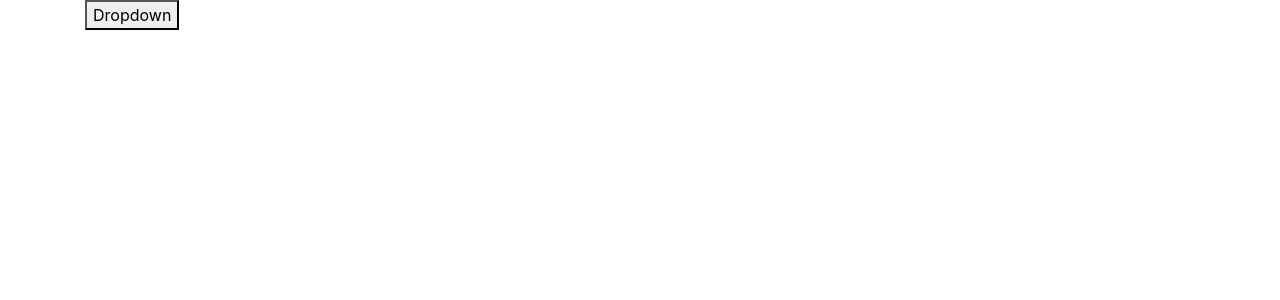
Repository: ranamahmud/bohubrihi-fullstack-webdev-practice
Page: HTML5 CSS3 and Bootstrap 4 Web Development/Part 3 Bootstrap/Learn Bootstrap/dropdown.html
An editor plug-in stored every save of this project. The page is shown before and after the next save, followed by the edit.
The browser window is 1280 px wide. The pictures show the whole page.

Above is the page before, as saved 2020-08-31 10:44:57.

### HTML5 CSS3 and Bootstrap 4 Web Development/Part 3 Bootstrap/Learn Bootstrap/dropdown.html
<!doctype html>
<html lang="en">
  <head>
    <!-- Required meta tags -->
    <meta charset="utf-8">
    <meta name="viewport" content="width=device-width, initial-scale=1, shrink-to-fit=no">

    <!-- Bootstrap CSS -->
    <link rel="stylesheet" href="https://stackpath.bootstrapcdn.com/bootstrap/4.5.0/css/bootstrap.min.css" integrity="sha384-9aIt2nRpC12Uk9gS9baDl411NQApFmC26EwAOH8WgZl5MYYxFfc+NcPb1dKGj7Sk" crossorigin="anonymous">

    <title>Hello, world!</title>
  </head>
  <body>

    <div class="container">
        <button>Dropdown</button>
    </div>
    <!-- Optional JavaScript -->
    <!-- jQuery first, then Popper.js, then Bootstrap JS -->
    <script src="https://code.jquery.com/jquery-3.5.1.slim.min.js" integrity="sha384-DfXdz2htPH0lsSSs5nCTpuj/zy4C+OGpamoFVy38MVBnE+IbbVYUew+OrCXaRkfj" crossorigin="anonymous"></script>
    <script src="https://cdn.jsdelivr.net/npm/popper.js@1.16.0/dist/umd/popper.min.js" integrity="sha384-Q6E9RHvbIyZFJoft+2mJbHaEWldlvI9IOYy5n3zV9zzTtmI3UksdQRVvoxMfooAo" crossorigin="anonymous"></script>
    <script src="https://stackpath.bootstrapcdn.com/bootstrap/4.5.0/js/bootstrap.min.js" integrity="sha384-OgVRvuATP1z7JjHLkuOU7Xw704+h835Lr+6QL9UvYjZE3Ipu6Tp75j7Bh/kR0JKI" crossorigin="anonymous"></script>
  </body>
</html>

After the next save:
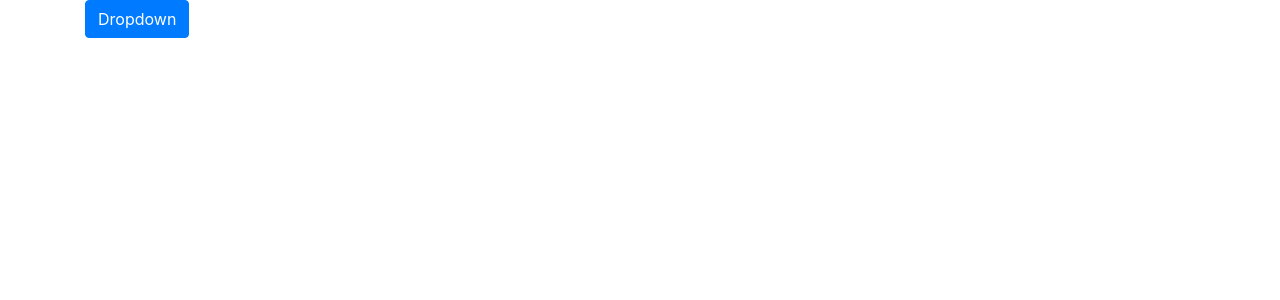
Saved 18 s later.
--- a/HTML5 CSS3 and Bootstrap 4 Web Development/Part 3 Bootstrap/Learn Bootstrap/dropdown.html
+++ b/HTML5 CSS3 and Bootstrap 4 Web Development/Part 3 Bootstrap/Learn Bootstrap/dropdown.html
@@ -13,7 +13,7 @@
   <body>
 
     <div class="container">
-        <button>Dropdown</button>
+        <button class="btn btn-primary">Dropdown</button>
     </div>
     <!-- Optional JavaScript -->
     <!-- jQuery first, then Popper.js, then Bootstrap JS -->
